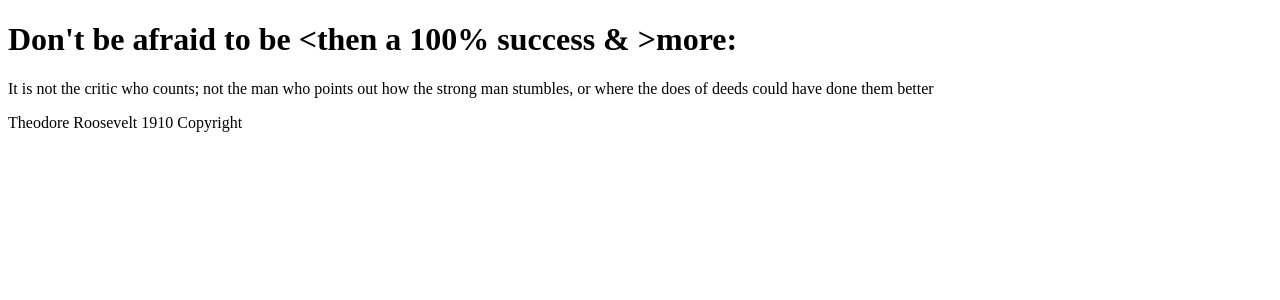
Repository: Koniya/my-coding-practices
Page: entities.html
These files come from the project's save history. The page is drawn as it stood at one moment and after the next save; the edit follows.
The browser window is 1280 px wide. The pictures show the whole page.

Above is the page before, as saved 2024-01-27 16:21:46.

After the next save:
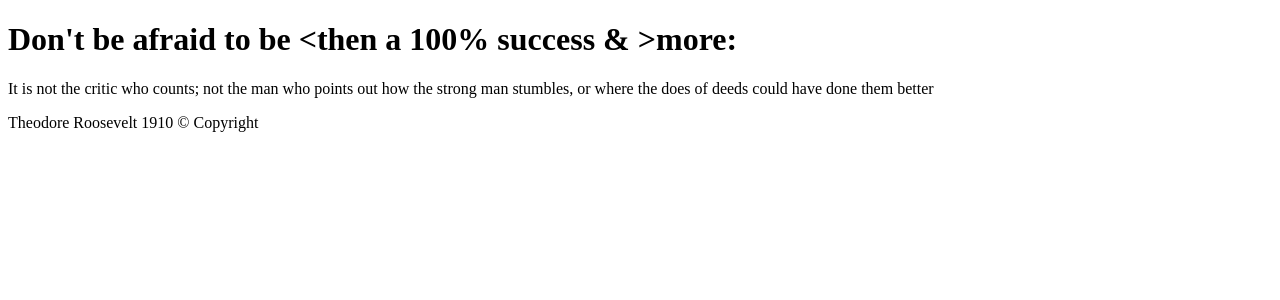
Saved 60 s later.
--- a/entities.html
+++ b/entities.html
@@ -10,6 +10,6 @@
     It is not the critic who counts; not the man who points out how the strong man stumbles, or where the does of deeds could have done them better
 
 </p>
-<p> Theodore Roosevelt 1910 Copyright</p>
+<p> Theodore Roosevelt 1910 &copy; Copyright</p>
 </body>
 </html>
